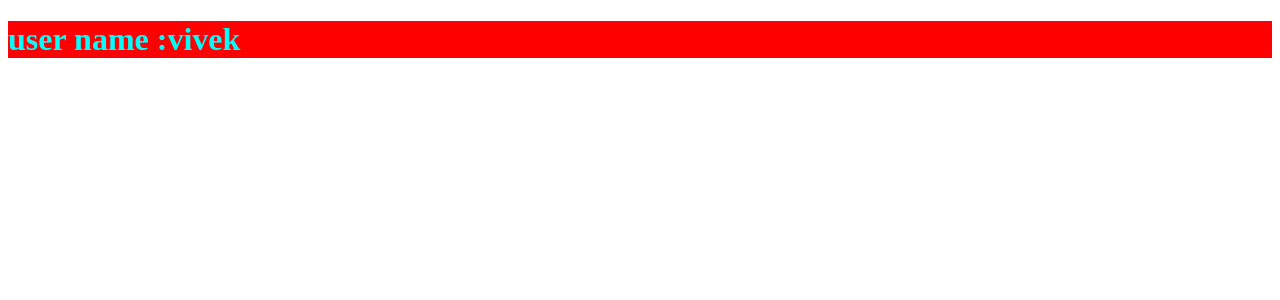
Repository: viveknaidu007/repo-117-ReactJS
Page: / (app in src/9.vivek/)
An editor plug-in stored every save of this project. The page is shown before and after the next save, followed by the edit.
The browser window is 1280 px wide. The pictures show the whole page.
The project was rebuilt for these pictures with package versions that can differ from the ones it lists, and the page was loaded fresh each time.

Above is the page before, as saved 2024-07-03 19:21:52.

After the next save:
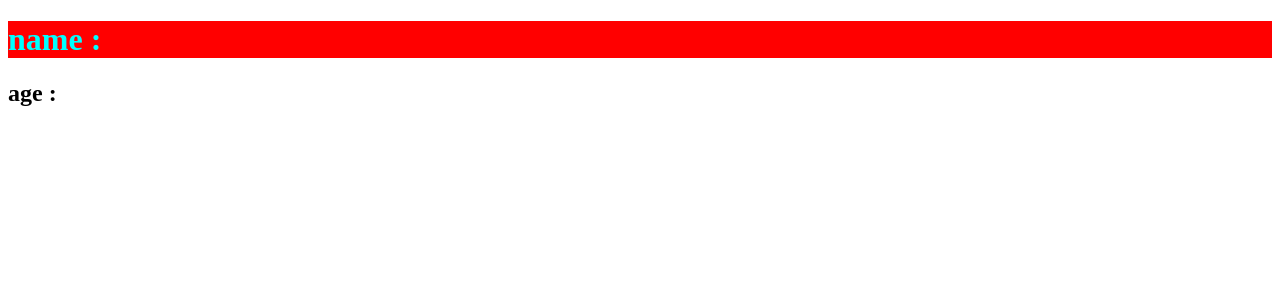
Saved 17 min 58 s later.
--- a/src/9.vivek/src/User.js
+++ b/src/9.vivek/src/User.js
@@ -1,6 +1,10 @@
-function User() {
+function User(props) {
+    console.log(props)
     return (
-        <h1> user name :vivek</h1>
+        <div>
+            <h1> name : {props.name}</h1>
+            <h2> age : {props.age}</h2>
+        </div>
     )
 }
 
